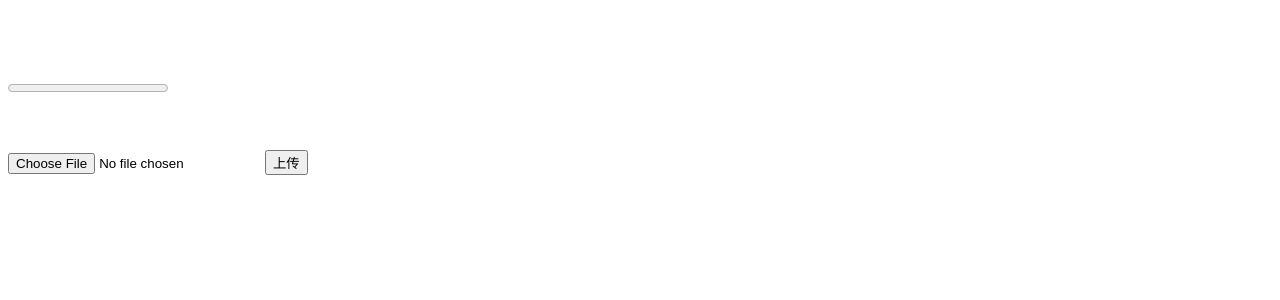
Repository: gongzheng-java/ProjectExample
Page: http://localhost/SpringMVC/upload.jsp
These files come from the project's save history. The page is drawn as it stood at one moment and after the next save; the edit follows.
The browser window is 1280 px wide. The pictures show the whole page.
The page is served by Tomcat 9. Nobody is signed in. The application's start-up code is not run. Other server files are loaded and not shown.

Above is the page before, as saved 2019-03-02 15:31:54.

### Mybatis&springMVC Space/SpringMVC/WebRoot/upload.jsp
<%@ page language="java" contentType="text/html; charset=UTF-8"
	pageEncoding="UTF-8"%>
<!DOCTYPE html PUBLIC "-//W3C//DTD HTML 4.01 Transitional//EN" "http://www.w3.org/TR/html4/loose.dtd">
<html>
<head>
<meta http-equiv="Content-Type" content="text/html; charset=UTF-8">
<script type="text/javascript" src="js/jquery.min.js"></script>
<title>Insert title here</title>


<script type="text/javascript">

        function UpladFile() {
            var fileObj = document.getElementById("file").files[0]; // js 获取文件对象
            var FileController = "http://localhost:8080/SpringMVC/SpringMVC006/upload";                    // 接收上传文件的后台地址

            // FormData 对象
            var form = new FormData($( "#uploadForm" )[0]);

            // XMLHttpRequest 对象
            var xhr = new XMLHttpRequest();
            xhr.open("post", FileController, true);
            xhr.onload = function () {
               // alert("上传完成!");
            };

            xhr.upload.addEventListener("progress", progressFunction, false);
            xhr.send(form);
        }

        function progressFunction(evt) {
            var progressBar = document.getElementById("progressBar");
            var percentageDiv = document.getElementById("percentage");
            if (evt.lengthComputable) {
                progressBar.max = evt.total;
                progressBar.value = evt.loaded;
                percentageDiv.innerHTML = Math.round(evt.loaded / evt.total * 100) + "%";
                if(evt.loaded==evt.total){
                    alert("上传完成100%");
                }
            }
        }

    </script>

</head>

<body>

	<br />
	<br />
	<br />
	<br />

	<progress id="progressBar" value="0" max="100"></progress>
	<span id="percentage"></span>

	<br />
	<br />
	<br />
	<br />
	<form id="uploadForm">

		<input type="file" id="file" name="myfile" />
		<input type="button" onclick="UpladFile()" value="上传" />

	</form>
</body>
</html>

Loaded but not shown: Mybatis&springMVC Space/SpringMVC/WebRoot/js/jquery.min.js (library)

After the next save:
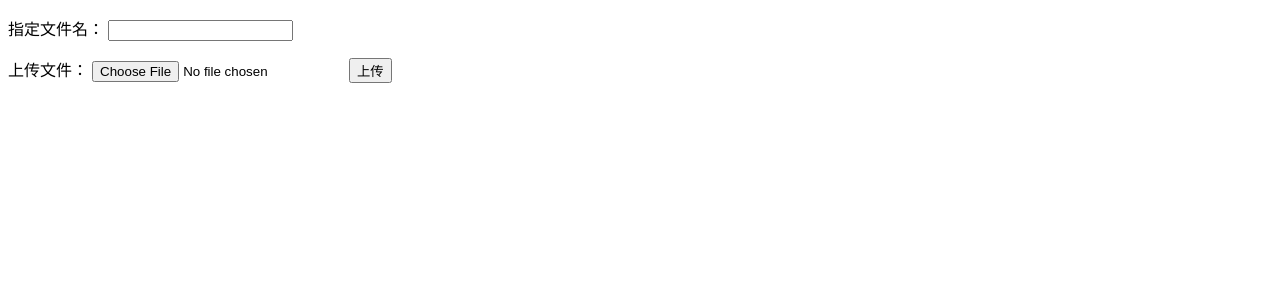
Saved 11 h 34 min later.
--- a/Mybatis&springMVC Space/SpringMVC/WebRoot/upload.jsp
+++ b/Mybatis&springMVC Space/SpringMVC/WebRoot/upload.jsp
@@ -47,23 +47,10 @@
 
 <body>
 
-	<br />
-	<br />
-	<br />
-	<br />
-
-	<progress id="progressBar" value="0" max="100"></progress>
-	<span id="percentage"></span>
-
-	<br />
-	<br />
-	<br />
-	<br />
-	<form id="uploadForm">
-
-		<input type="file" id="file" name="myfile" />
-		<input type="button" onclick="UpladFile()" value="上传" />
-
-	</form>
+<form id= "uploadForm">
+      <p >指定文件名： <input type="text" name="filename" value= ""/></p >
+      <p >上传文件： <input type="file" name="file"/></ p>
+      <input type="button" value="上传" onclick="doUpload()" />
+</form>
 </body>
 </html>
